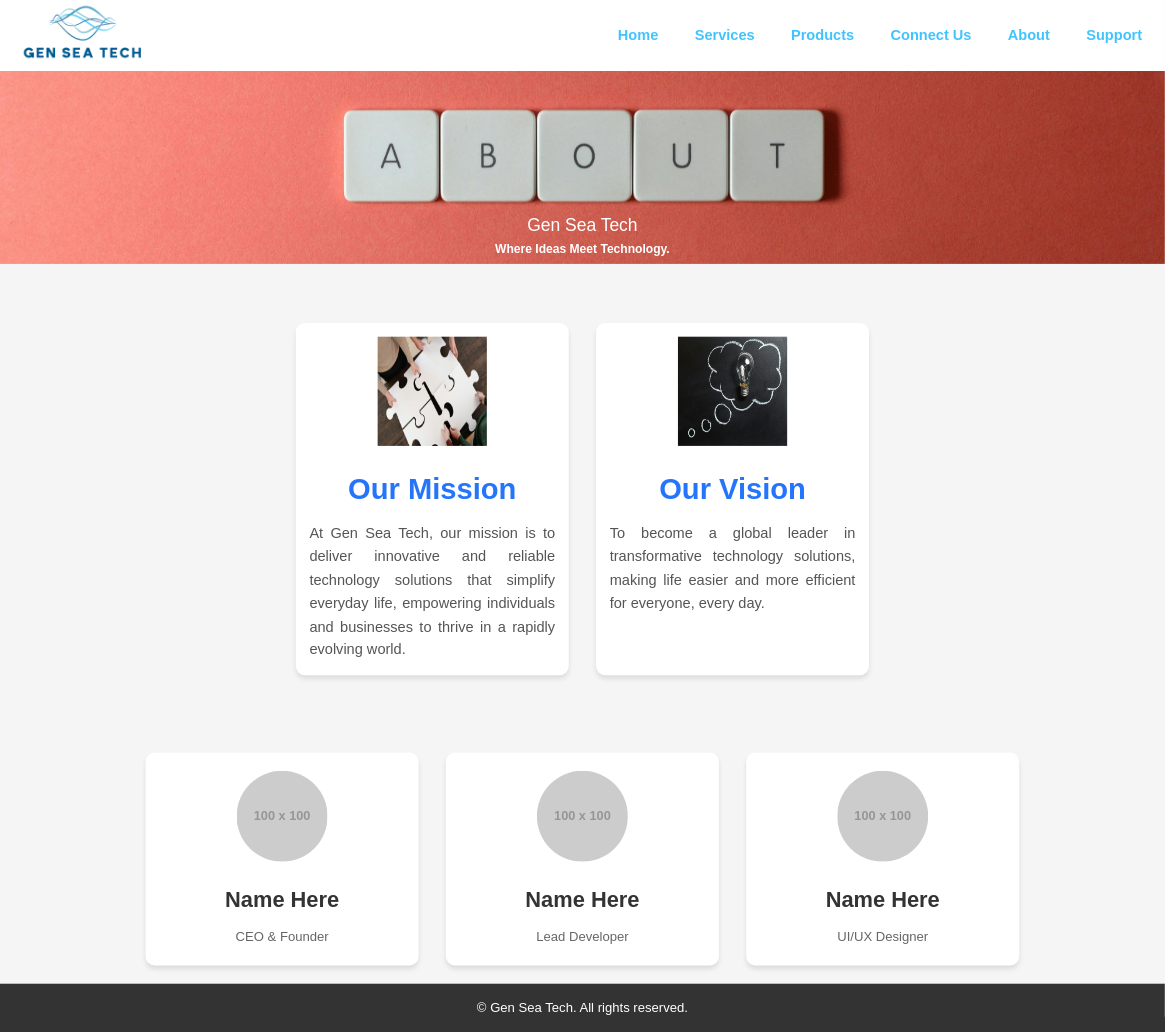
Repository: aniketkhatawkar/Gen_Sea_Tech
Page: http://localhost/GenSeaTech/about.jsp
An editor plug-in stored every save of this project. The page is shown before and after the next save, followed by the edit.
The browser window is 1280 px wide. The pictures show the whole page, at 91% of full size.
The page is served by Tomcat 10.

Above is the page before, as saved 2024-12-14 12:24:02.

After the next save:
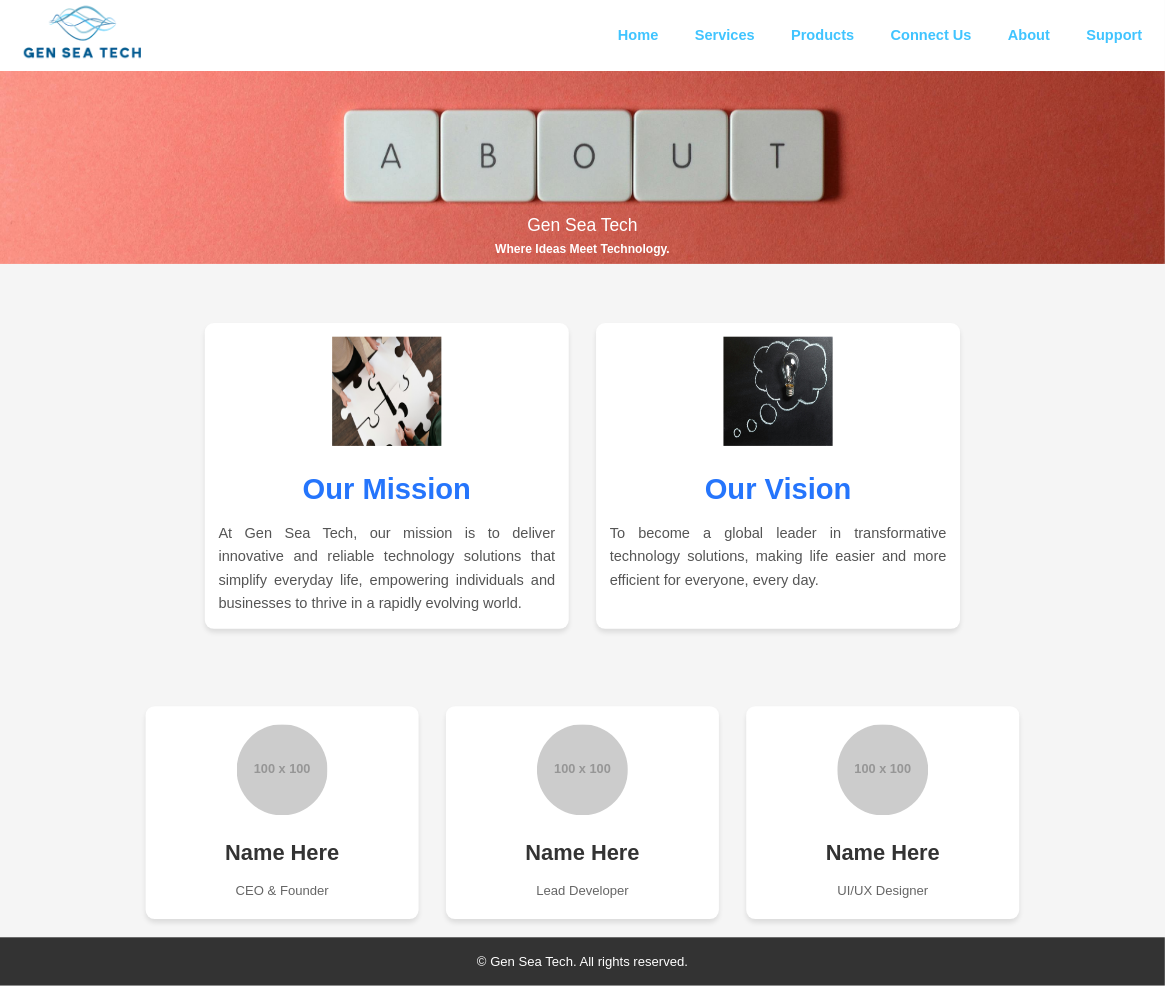
Saved 27 s later.
--- a/GenSeaTech/src/main/webapp/about.jsp
+++ b/GenSeaTech/src/main/webapp/about.jsp
@@ -53,7 +53,7 @@
         box-shadow: 0 4px 6px rgba(0, 0, 0, 0.1);
         padding: 15px;
         text-align: center;
-        width: 300px;
+        width: 400px;
         transition: transform 0.3s ease, box-shadow 0.3s ease;
     }
 

After the save that followed:
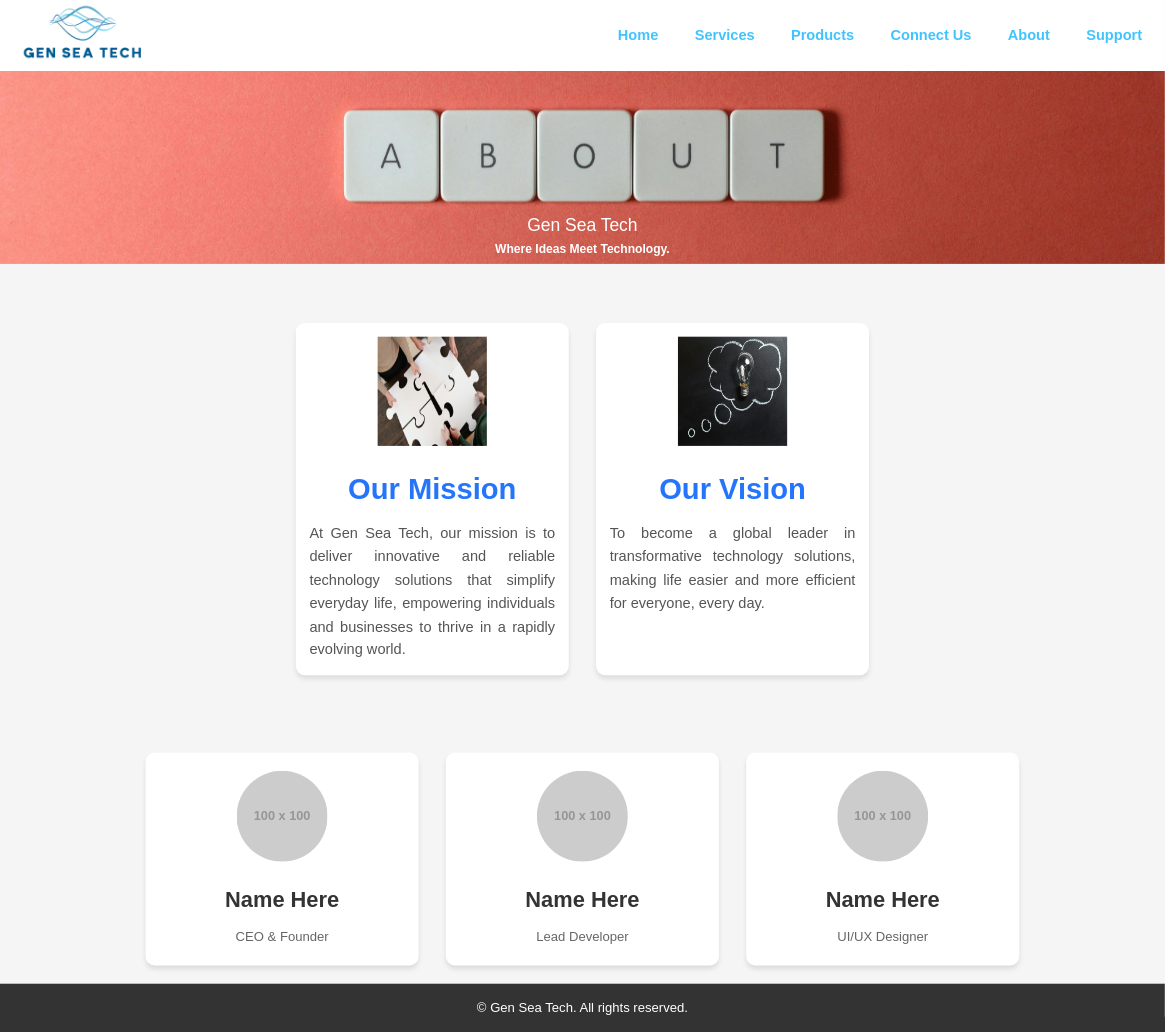
Saved 15 s later.
--- a/GenSeaTech/src/main/webapp/about.jsp
+++ b/GenSeaTech/src/main/webapp/about.jsp
@@ -53,7 +53,7 @@
         box-shadow: 0 4px 6px rgba(0, 0, 0, 0.1);
         padding: 15px;
         text-align: center;
-        width: 400px;
+        width: 300px;
         transition: transform 0.3s ease, box-shadow 0.3s ease;
     }
 
